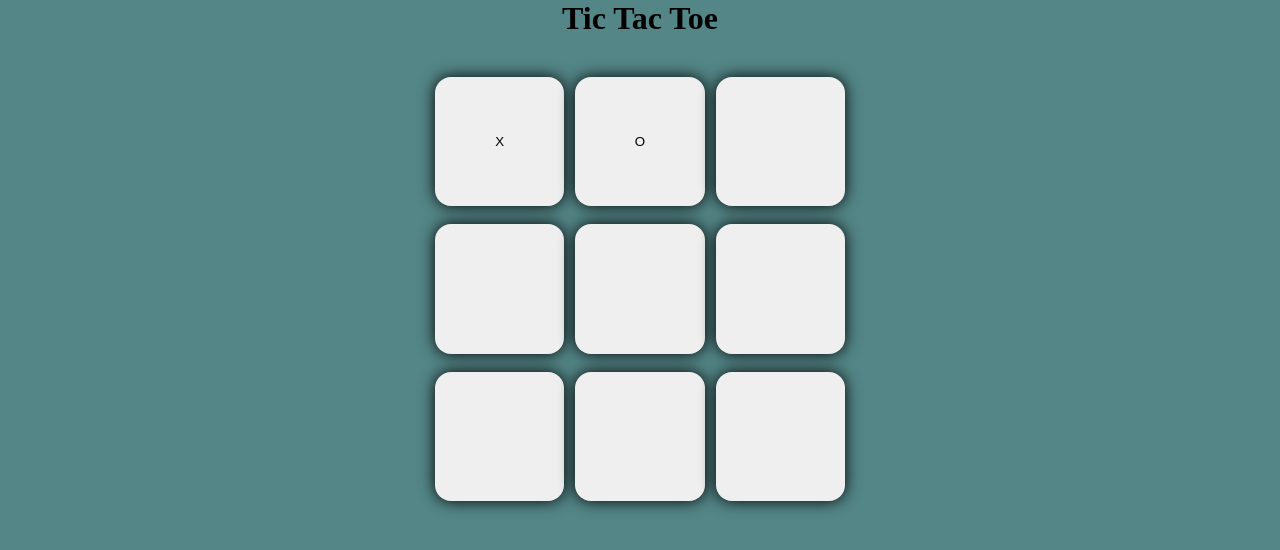
Repository: pankaj-shaw05/Tic-Tac-Toe
Page: index.html
The author's editor kept a copy of each file at every save. The page is drawn from the files as they stood at one save, then again after the next save.
The browser window is 1280 px wide. The pictures show the whole page.

Above is the page before, as saved 2026-04-07 08:18:45.

### index.html
<!DOCTYPE html>
<html lang="en">
<head>
    <meta charset="UTF-8">
    <meta name="viewport" content="width=device-width, initial-scale=1.0">
    <title>Tic-Tac-Toe Game</title>
    <link rel="stylesheet" href="style.css"/>
</head>
<body>
    <main>
        <h1>Tic Tac Toe</h1>
        <div class="container">
        <div class="game">
            <button class="box">X</button>
            <button class="box">O</button>
            <button class="box"></button>
            <button class="box"></button>
            <button class="box"></button>
            <button class="box"></button>
            <button class="box"></button>
            <button class="box"></button>
            <button class="box"></button>
        </div>
        </div>
    </main>

</body>
</html>

### style.css
* {
    margin: 0;
    padding: 0;

}

body {
    background-color: #548687;
    text-align: center;
}

.container {
    height: 70vh;
    display: flex;
    justify-content: center;
    align-items: center;
}

.game {
    height: 60vmin;
    width: 60vmin;
    display: flex;
    flex-wrap: wrap;
    justify-content: center;
    align-items: center;
    gap: 1.5vmin;
}

.box {
    height: 18vmin;
    width: 18vmin;
    border-radius: 1rem;
    border: none;
    box-shadow: 0 0 1rem rgba(0,0,0.3);
}

After the next save:
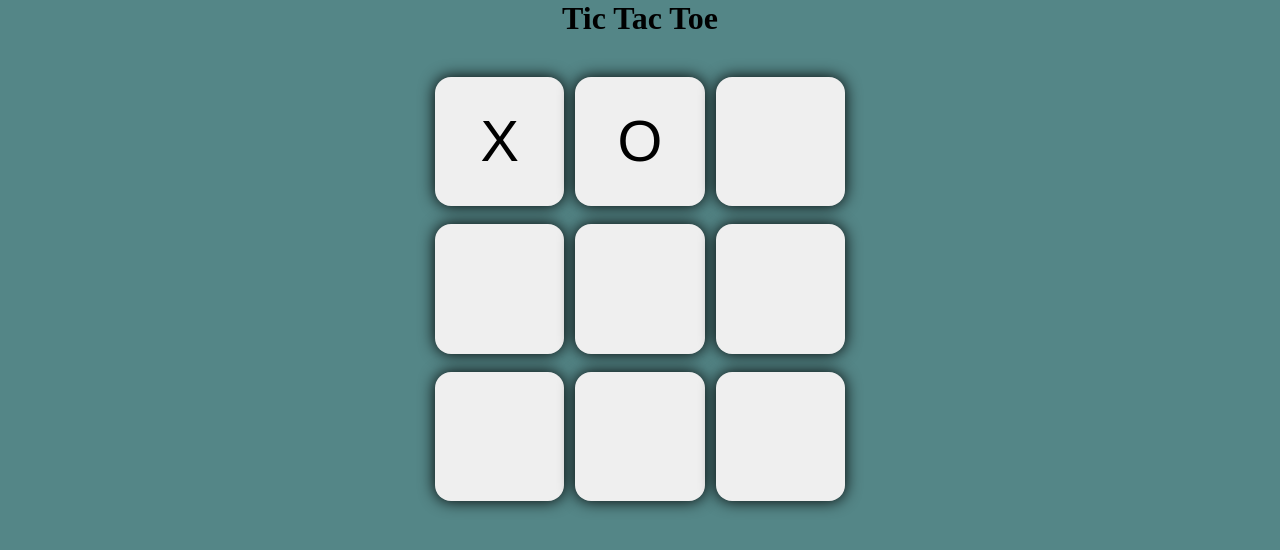
Saved 49 s later.
--- a/style.css
+++ b/style.css
@@ -32,4 +32,5 @@
     border-radius: 1rem;
     border: none;
     box-shadow: 0 0 1rem rgba(0,0,0.3);
+    font-size: 8vmin;
 }
